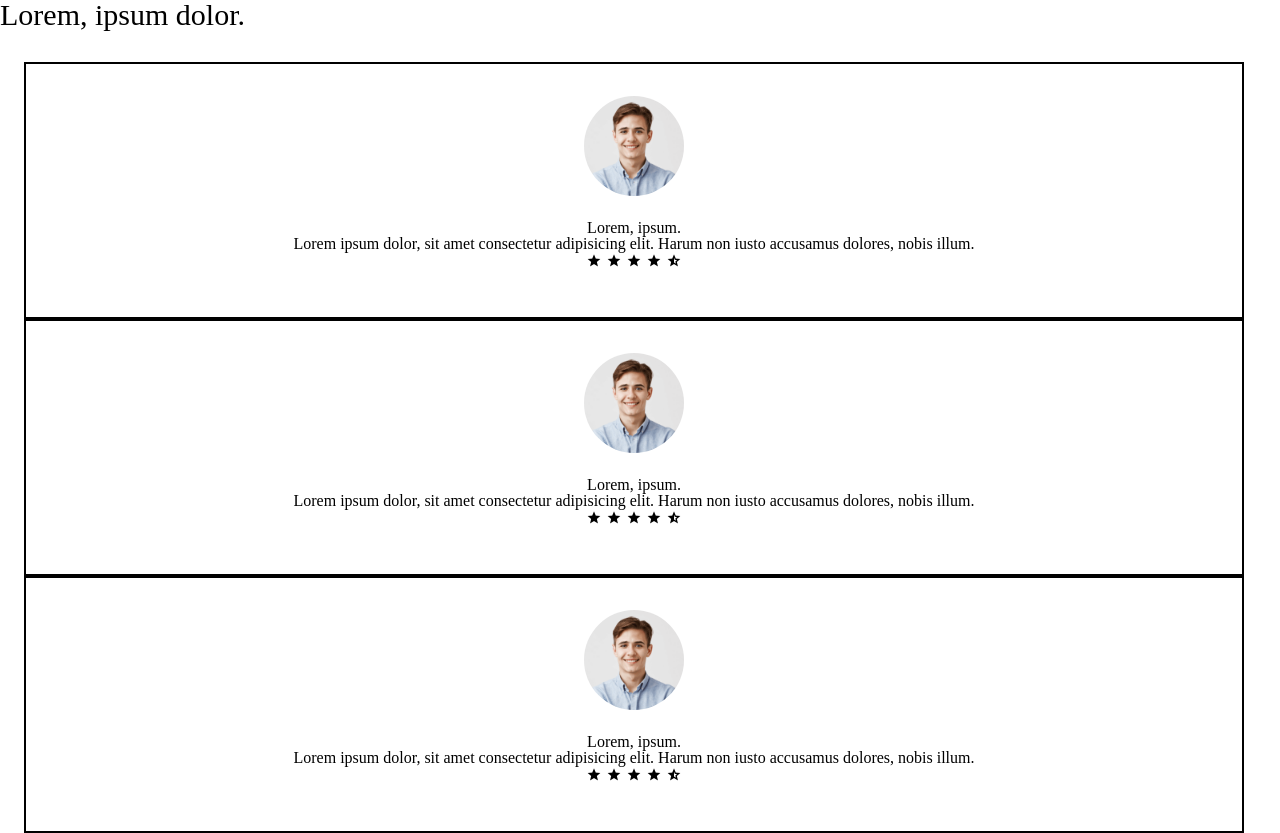
Repository: dinhhaidh/slider-3
Page: index.html
These files come from the project's save history. The page is drawn as it stood at one moment and after the next save; the edit follows.
The browser window is 1280 px wide. The pictures show the whole page.

Above is the page before, as saved 2024-03-22 21:53:36.

### index.html
<!DOCTYPE html>
<html lang="en">
<head>
    <meta charset="UTF-8">
    <meta name="viewport" content="width=device-width, initial-scale=1.0">
    <title>Document</title>
    <link rel="stylesheet" href="https://cdnjs.cloudflare.com/ajax/libs/remixicon/4.2.0/remixicon.min.css">

    <link rel="stylesheet" href="./css/swiper-bundle.min.css">

    <link rel="stylesheet" href="./css/style.css">

</head>
<body>
    <div class="new">
        <h3 class="new__title">
            Lorem, ipsum dolor.
        </h3>

        <div class="new__container container">
            <div class="new__swiper">
                <div>
                    <article class="new__card new__article">
                        <img src="./img1.png" alt="" class="new__img">
                        <h3 class="new__subtitle">
                            Lorem, ipsum.
                        </h3>
                        <p class="new__description">
                            Lorem ipsum dolor, sit amet consectetur adipisicing elit. Harum non iusto accusamus dolores, nobis illum.
                        </p>
                        <div class="new__stars">
                            <i class="ri-star-s-fill"></i>
                            <i class="ri-star-s-fill"></i>
                            <i class="ri-star-s-fill"></i>
                            <i class="ri-star-s-fill"></i>
                            <i class="ri-star-half-s-line"></i>
                        </div>
                    </article>

                    <article class="new__card new__article">
                        <img src="./img1.png" alt="" class="new__img">
                        <h3 class="new__subtitle">
                            Lorem, ipsum.
                        </h3>
                        <p class="new__description">
                            Lorem ipsum dolor, sit amet consectetur adipisicing elit. Harum non iusto accusamus dolores, nobis illum.
                        </p>
                        <div class="new__stars">
                            <i class="ri-star-s-fill"></i>
                            <i class="ri-star-s-fill"></i>
                            <i class="ri-star-s-fill"></i>
                            <i class="ri-star-s-fill"></i>
                            <i class="ri-star-half-s-line"></i>
                        </div>
                    </article>

                    <article class="new__card new__article">
                        <img src="./img1.png" alt="" class="new__img">
                        <h3 class="new__subtitle">
                            Lorem, ipsum.
                        </h3>
                        <p class="new__description">
                            Lorem ipsum dolor, sit amet consectetur adipisicing elit. Harum non iusto accusamus dolores, nobis illum.
                        </p>
                        <div class="new__stars">
                            <i class="ri-star-s-fill"></i>
                            <i class="ri-star-s-fill"></i>
                            <i class="ri-star-s-fill"></i>
                            <i class="ri-star-s-fill"></i>
                            <i class="ri-star-half-s-line"></i>
                        </div>
                    </article>
                </div>
            </div>
        </div>
    </div>

    <script src="./js/swiper-bundle.min.js"></script>
    <script src="./js/app.js"></script>
</body>
</html>

### css/style.css
*,
*:before,
*:after {
  box-sizing: border-box;
}
* {
  margin: 0;
  padding: 0;
  font: inherit;
}
img,
picture,
svg,
video {
  display: block;
  max-width: 100%;
}
input,
select,
textarea {
  background-color: transparent;
  outline: none;
}
button {
  cursor: pointer;
  background-color: transparent;
  outline: none;
  border: 0;
}
body {
  min-height: 100vh;
  font-weight: 400;
  font-size: 16px;
  line-height: 1;
}

.container{
  max-width: 1220px;
  Margin-inline: 1.5rem;
}


.new__title{
  font-size: 30px;
  margin-bottom: 2rem;
}

.new__card{
}
.new__article{
  padding: 2rem 2.5rem 3rem;
  text-align: center;
  border: 2px solid #000;
}
.new__img{
  width: 100px;
  border-radius: 50%;
  margin: 0 auto 1.5rem;
}
.new__subtitle{

}
.new__description{

}
.new__stars{

}
.ri-star-s-fill{

}
.ri-star-half-s-line{

}

### js/app.js

let swiperCustomer = new Swiper('.customer__swiper', {
    loop: true,
    spaceBetween: 16,
    slidesPerView: 'auto',
    centeredSlides: true,


     // Navigation arrows
    navigation: {
        nextEl: '.swiper-button-next',
        prevEl: '.swiper-button-prev',
    },

    breakpoints: {
        1150: {
            slidesPerView: 3,
            centeredSlides: false,
        }
    }
});

Loaded but not shown: css/swiper-bundle.min.css (library); js/swiper-bundle.min.js (library)

After the next save:
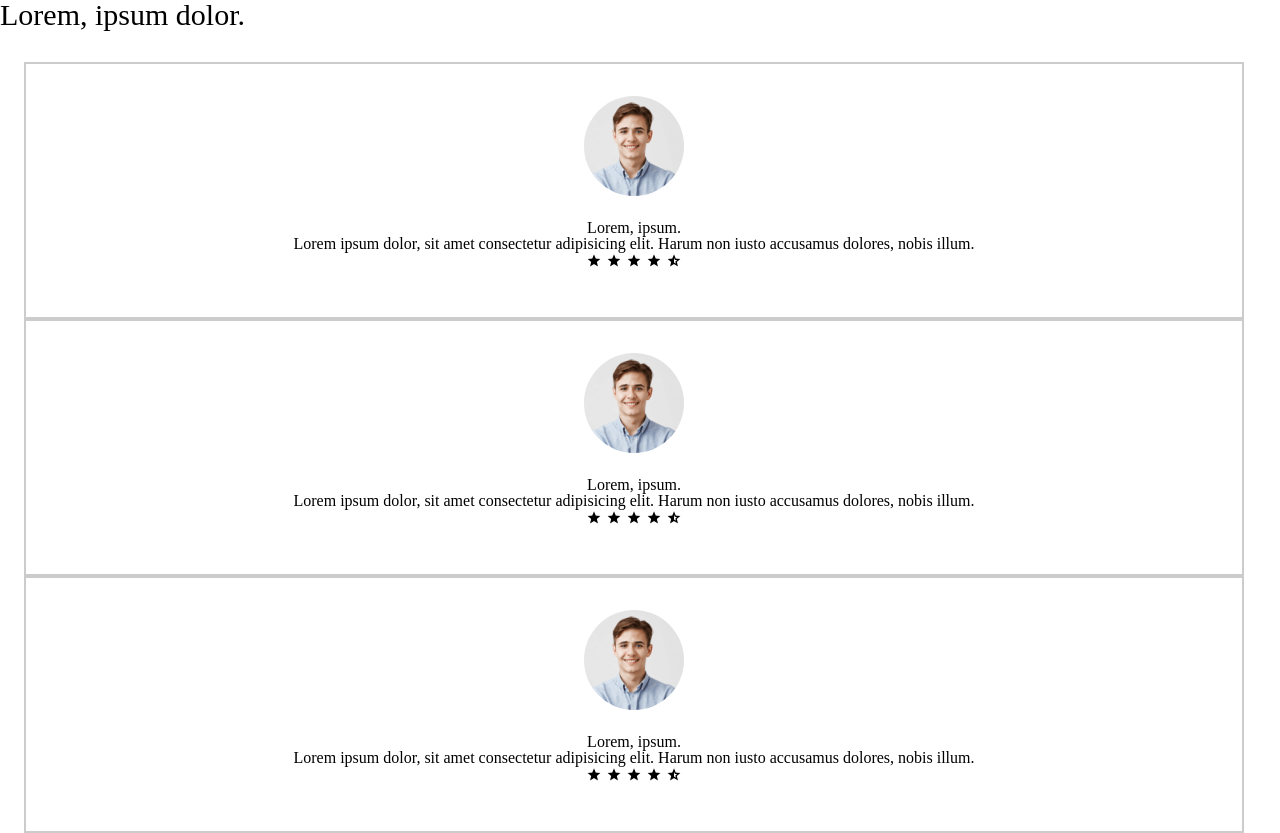
Saved 8 s later.
--- a/css/style.css
+++ b/css/style.css
@@ -50,7 +50,7 @@ body {
 .new__article{
   padding: 2rem 2.5rem 3rem;
   text-align: center;
-  border: 2px solid #000;
+  border: 2px solid #ccc;
 }
 .new__img{
   width: 100px;
